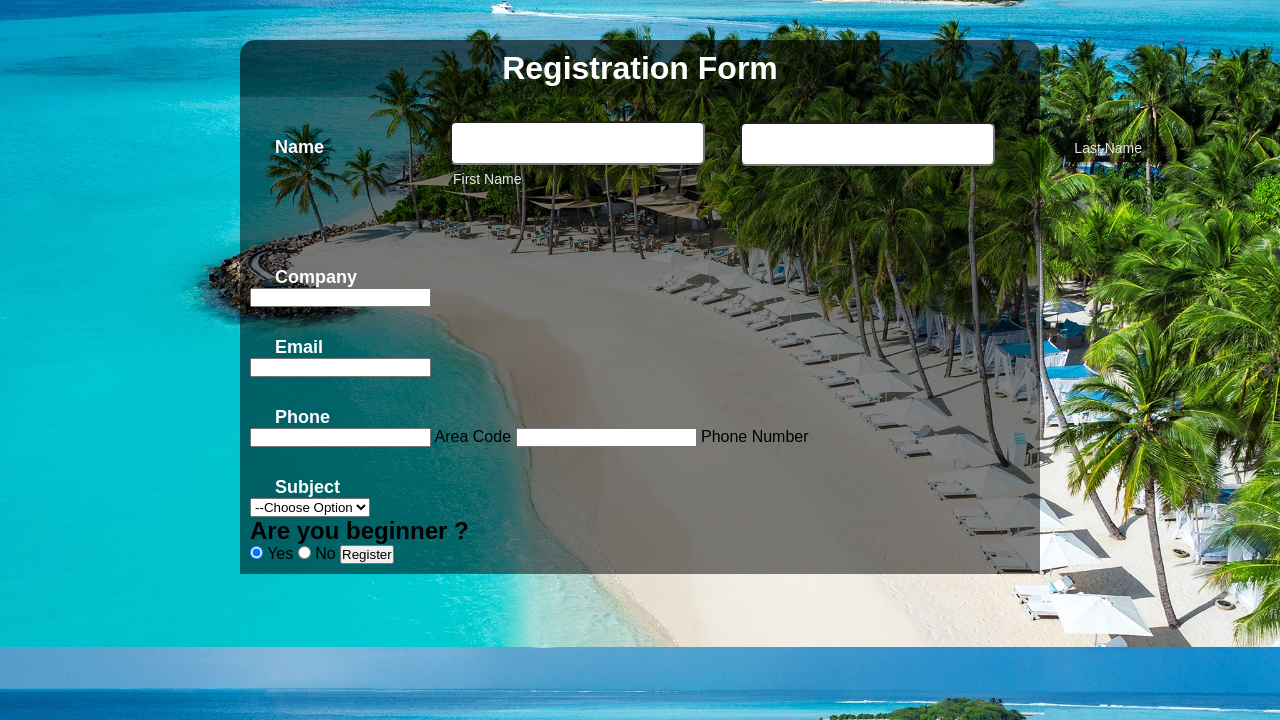
Repository: sudeepa88/Registration-Form
Page: registration.html
The author's editor kept a copy of each file at every save. The page is drawn from the files as they stood at one save, then again after the next save.
The browser window is 1280 px wide. The pictures show the whole page.

Above is the page before, as saved 2022-01-11 23:22:57.

After the next save:
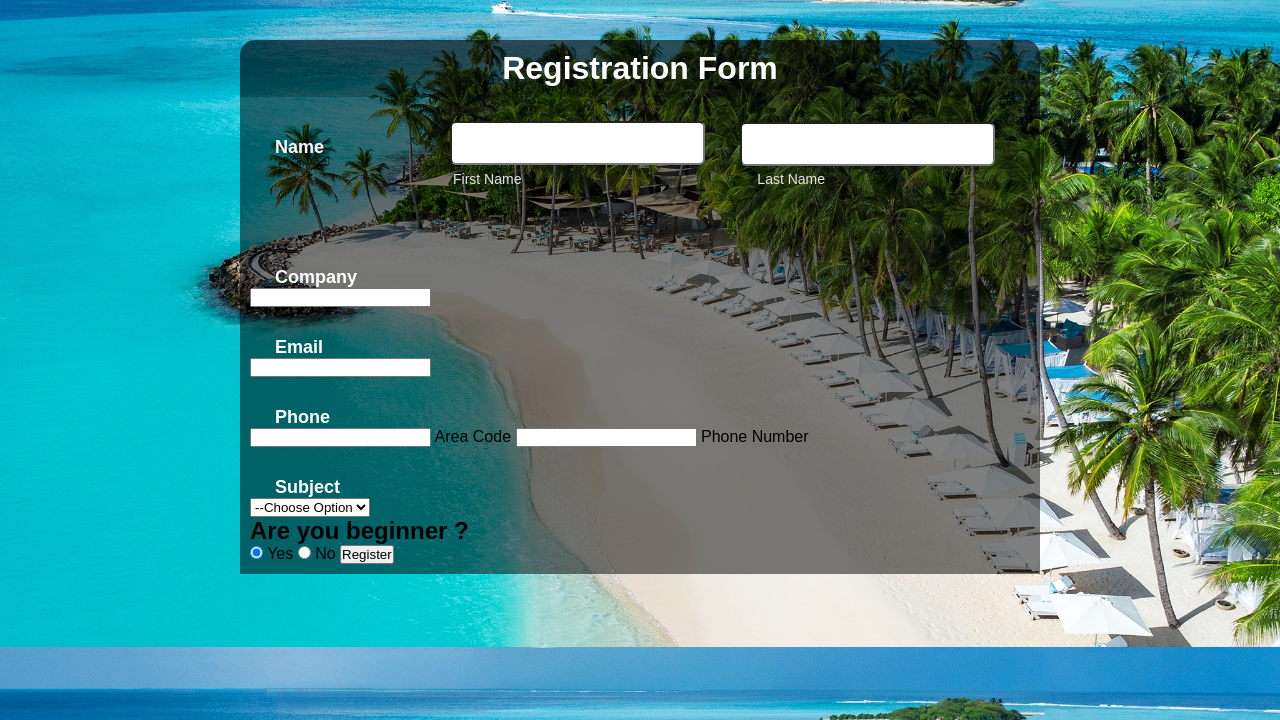
Saved 81 s later.
--- a/registration.html
+++ b/registration.html
@@ -81,8 +81,8 @@
        color: #E5E5E5;
        text-transform: capitalize;
        font-size: 14px;
-       left:492px;
-       top: -76px;
+       left:175px;
+       top: -45px;
    }
     </style>
 </head>
